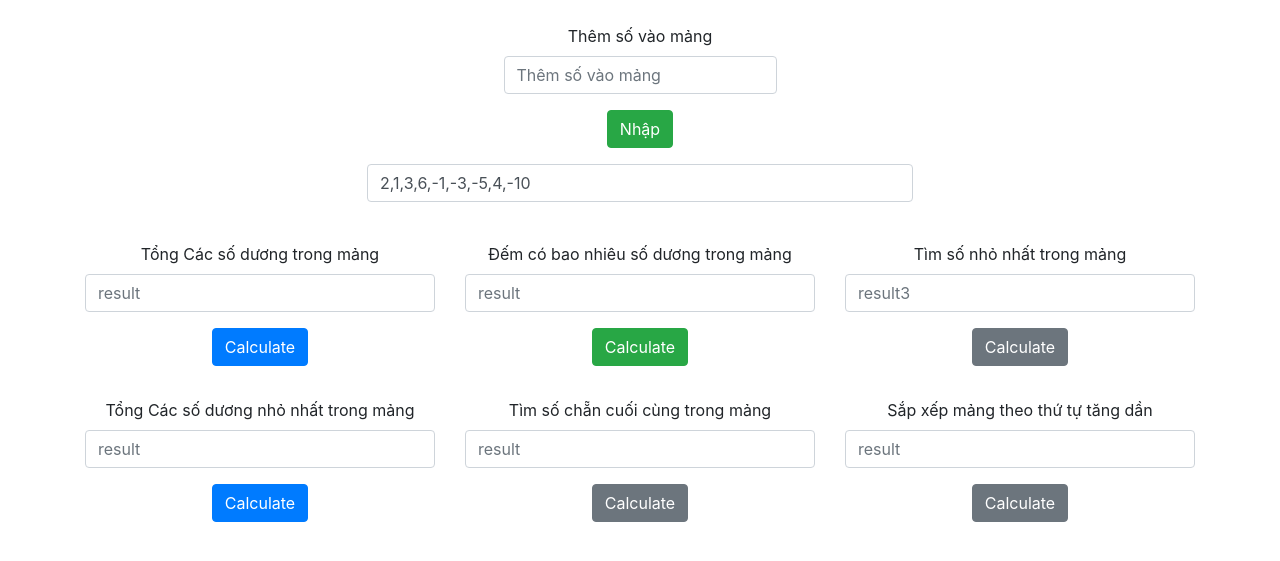
Repository: baobaodeveloper/bootcamp21__array__HuynhAnhBao
Page: index.html
The author's editor kept a copy of each file at every save. The page is drawn from the files as they stood at one save, then again after the next save.
The browser window is 1280 px wide. The pictures show the whole page.

Above is the page before, as saved 2022-03-20 17:23:15.

### index.html
<!DOCTYPE html>
<html lang="en">
  <head>
    <title>JavaScript Array</title>
    <!-- Required meta tags -->
    <meta charset="utf-8" />
    <meta
      name="viewport"
      content="width=device-width, initial-scale=1, shrink-to-fit=no"
    />

    <!-- Bootstrap CSS -->
    <link
      rel="stylesheet"
      href="https://stackpath.bootstrapcdn.com/bootstrap/4.3.1/css/bootstrap.min.css"
      integrity="sha384-ggOyR0iXCbMQv3Xipma34MD+dH/1fQ784/j6cY/iJTQUOhcWr7x9JvoRxT2MZw1T"
      crossorigin="anonymous"
    />
  </head>
  <body>
    <div class="container d-flex justify-content-center align-items-center p-4">
      <div
        class="mb-3 text-center w-50 d-flex flex-column justify-content-center align-items-center"
      >
        <label class="form-label">Thêm số vào mảng</label>
        <input
          type="number"
          class="form-control w-50"
          id="number"
          placeholder="Thêm số vào mảng"
          value=""
        />
        <button type="button" class="btn btn-success m-3" id="input">
          Nhập
        </button>
        <input
          type="text"
          class="form-control d-block w-100"
          id="array-current"
          placeholder="Mảng hiện tại"
        />
      </div>
    </div>

    <div class="container">
      <div class="row">
        <div class="col text-center">
          <label class="form-label">Tổng Các số dương trong mảng</label>
          <input
            type="text"
            class="form-control"
            placeholder="result"
            id="result1"
          />
          <button
            type="button"
            class="btn btn-primary m-3"
            id="calculate-total-positive"
          >
            Calculate
          </button>
        </div>
        <div class="col text-center">
          <label class="form-label">Đếm có bao nhiêu số dương trong mảng</label>
          <input
            type="text"
            class="form-control"
            placeholder="result"
            id="result2"
          />
          <button
            type="button"
            class="btn btn-success m-3"
            id="total-number-position"
          >
            Calculate
          </button>
        </div>
        <div class="col text-center">
          <label class="form-label">Tìm số nhỏ nhất trong mảng</label>
          <input
            type="text"
            class="form-control"
            placeholder="result3"
            id="result3"
          />
          <button type="button" class="btn btn-secondary m-3" id="min-number">
            Calculate
          </button>
        </div>
      </div>
    </div>

    <div class="container pt-3">
      <div class="row">
        <div class="col text-center">
          <label class="form-label"
            >Tổng Các số dương nhỏ nhất trong mảng</label
          >
          <input
            type="text"
            class="form-control"
            placeholder="result"
            id="result1"
          />
          <button
            type="button"
            class="btn btn-primary m-3"
            id="calculate-total-positive"
          >
            Calculate
          </button>
        </div>
        <div class="col text-center">
          <label class="form-label">Tìm số chẵn cuối cùng trong mảng</label>
          <input
            type="text"
            class="form-control"
            placeholder="result"
            id="result2"
          />
          <button
            type="button"
            class="btn btn-secondary m-3"
            id="total-number-position"
          >
            Calculate
          </button>
        </div>
        <div class="col text-center">
          <label class="form-label">Sắp xếp mảng theo thứ tự tăng dần</label>
          <input
            type="text"
            class="form-control"
            placeholder="result"
            id="result3"
          />
          <button type="button" class="btn btn-secondary m-3" id="min-number">
            Calculate
          </button>
        </div>
      </div>
    </div>
    <!-- Optional JavaScript -->
    <!-- jQuery first, then Popper.js, then Bootstrap JS -->
    <script
      src="https://code.jquery.com/jquery-3.3.1.slim.min.js"
      integrity="sha384-q8i/X+965DzO0rT7abK41JStQIAqVgRVzpbzo5smXKp4YfRvH+8abtTE1Pi6jizo"
      crossorigin="anonymous"
    ></script>
    <script
      src="https://cdnjs.cloudflare.com/ajax/libs/popper.js/1.14.7/umd/popper.min.js"
      integrity="sha384-UO2eT0CpHqdSJQ6hJty5KVphtPhzWj9WO1clHTMGa3JDZwrnQq4sF86dIHNDz0W1"
      crossorigin="anonymous"
    ></script>
    <script
      src="https://stackpath.bootstrapcdn.com/bootstrap/4.3.1/js/bootstrap.min.js"
      integrity="sha384-JjSmVgyd0p3pXB1rRibZUAYoIIy6OrQ6VrjIEaFf/nJGzIxFDsf4x0xIM+B07jRM"
      crossorigin="anonymous"
    ></script>
    <script src="app.js"></script>
  </body>
</html>

### app.js
// const number = document.getElementById("number");
// let arr = [];
// document.getElementById("input").addEventListener("click", () => {
//   const numberValue = number.value;
//   if (!numberValue) return;

//   arr.push(+numberValue);
//   number.value = "";
//   console.log(arr);
//   document.getElementById("array-current").value = arr.join("  ");
// });
let arr = [2, 1, 3, 6, -1, -3, -5, 4, -10];
document.getElementById("array-current").value = arr;

document
  .getElementById("calculate-total-positive")
  .addEventListener("click", () => {
    const totalArrPositive = arr
      .filter((cur) => cur > 0)
      .reduce((cur, acc) => cur + acc, 0);
    document.getElementById("result1").value = totalArrPositive;
  });

document
  .getElementById("total-number-position")
  .addEventListener("click", () => {
    const totalArrPositive = arr.filter((cur) => cur > 0).length;
    document.getElementById("result2").value = totalArrPositive;
  });
document.getElementById("min-number").addEventListener("click", () => {
  let minNumber = arr[0];
  arr.forEach((num) => {
    if (num < minNumber) minNumber = num;
  });
  document.getElementById("result3").value = minNumber;
});

After the next save:
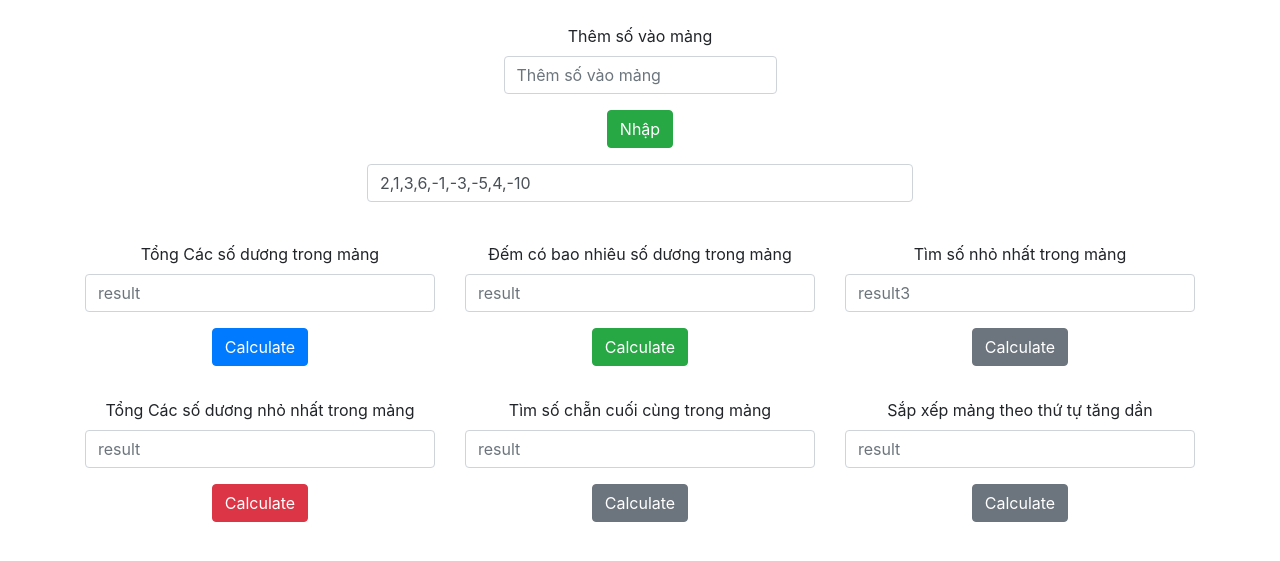
Saved 21 s later.
--- a/index.html
+++ b/index.html
@@ -105,7 +105,7 @@
           />
           <button
             type="button"
-            class="btn btn-primary m-3"
+            class="btn btn-danger m-3"
             id="calculate-total-positive"
           >
             Calculate
